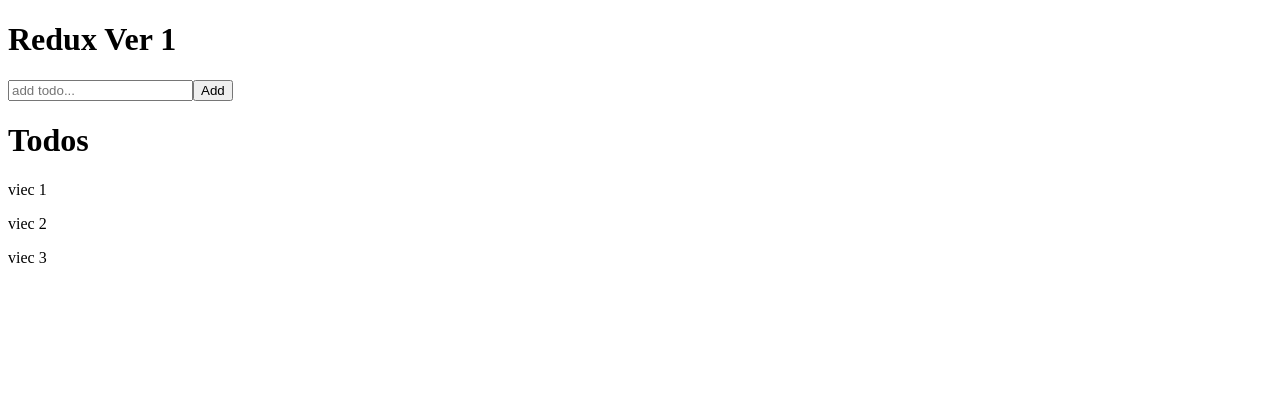
Repository: huynhnt1406/react-redux-tutorial
Page: / (app in redux-v1/)
The author's editor kept a copy of each file at every save. The page is drawn from the files as they stood at one save, then again after the next save.
The browser window is 1280 px wide. The pictures show the whole page.
The project was rebuilt for these pictures with package versions that can differ from the ones it lists, and the page was loaded fresh each time.

Above is the page before, as saved 2021-06-19 01:11:17.

After the next save:
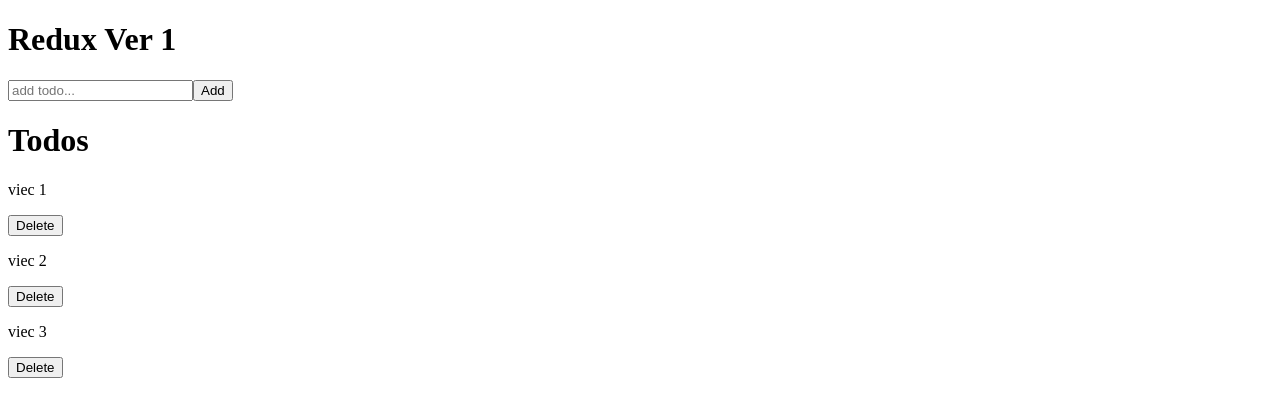
Saved 91 s later.
--- a/redux-v1/src/component/TodoItem.jsx
+++ b/redux-v1/src/component/TodoItem.jsx
@@ -3,7 +3,7 @@ import React from 'react'
 function TodoItem({title}) {
     return (
         <div>
-            <p>{title}</p>
+            <p>{title}</p><button>Delete</button>
         </div>
     )
 }
